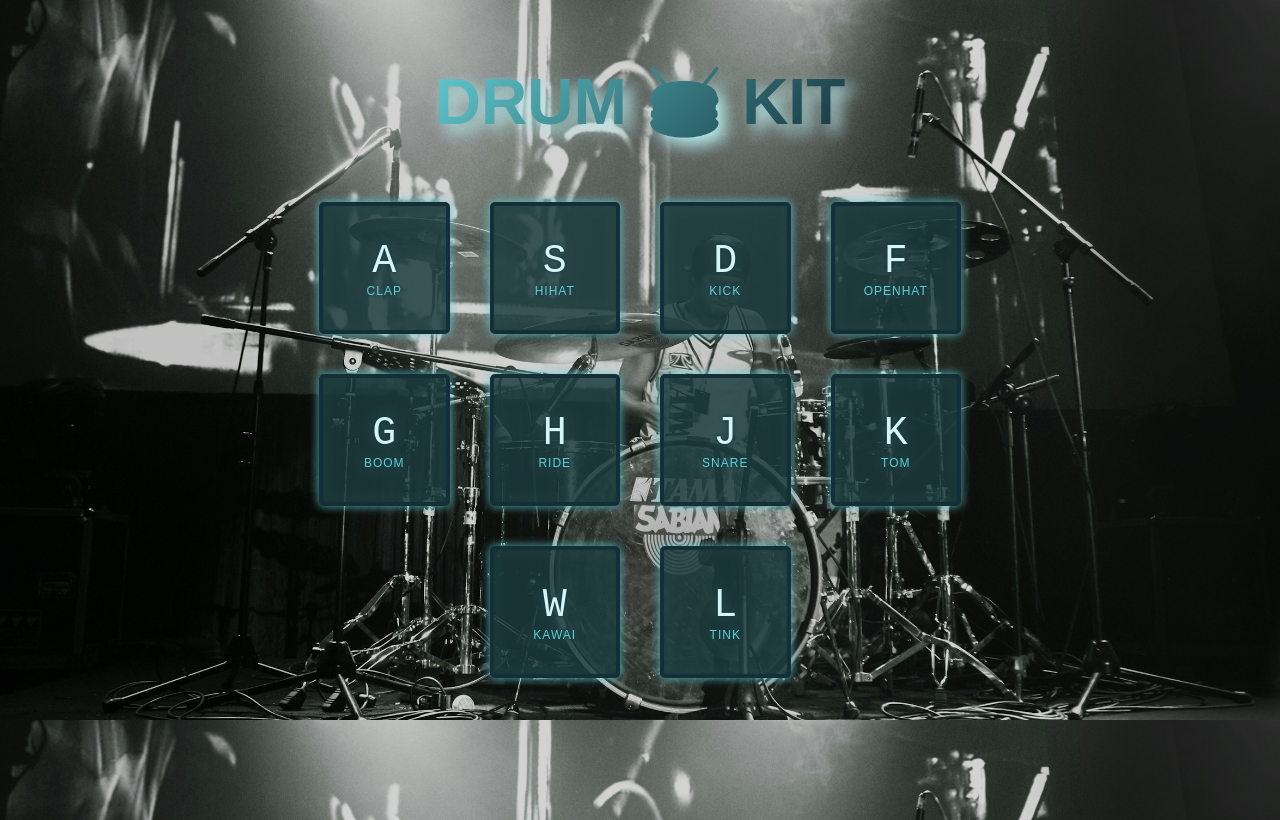
Repository: Freezler/drumkitJS
Page: index.html
The author's editor kept a copy of each file at every save. The page is drawn from the files as they stood at one save, then again after the next save.
The browser window is 1280 px wide. The pictures show the whole page.
Backgrounds fixed to the window are drawn as part of the page.

Above is the page before, as saved 2024-08-24 11:04:08.
Console error: ReferenceError: key is not defined

After the next save:
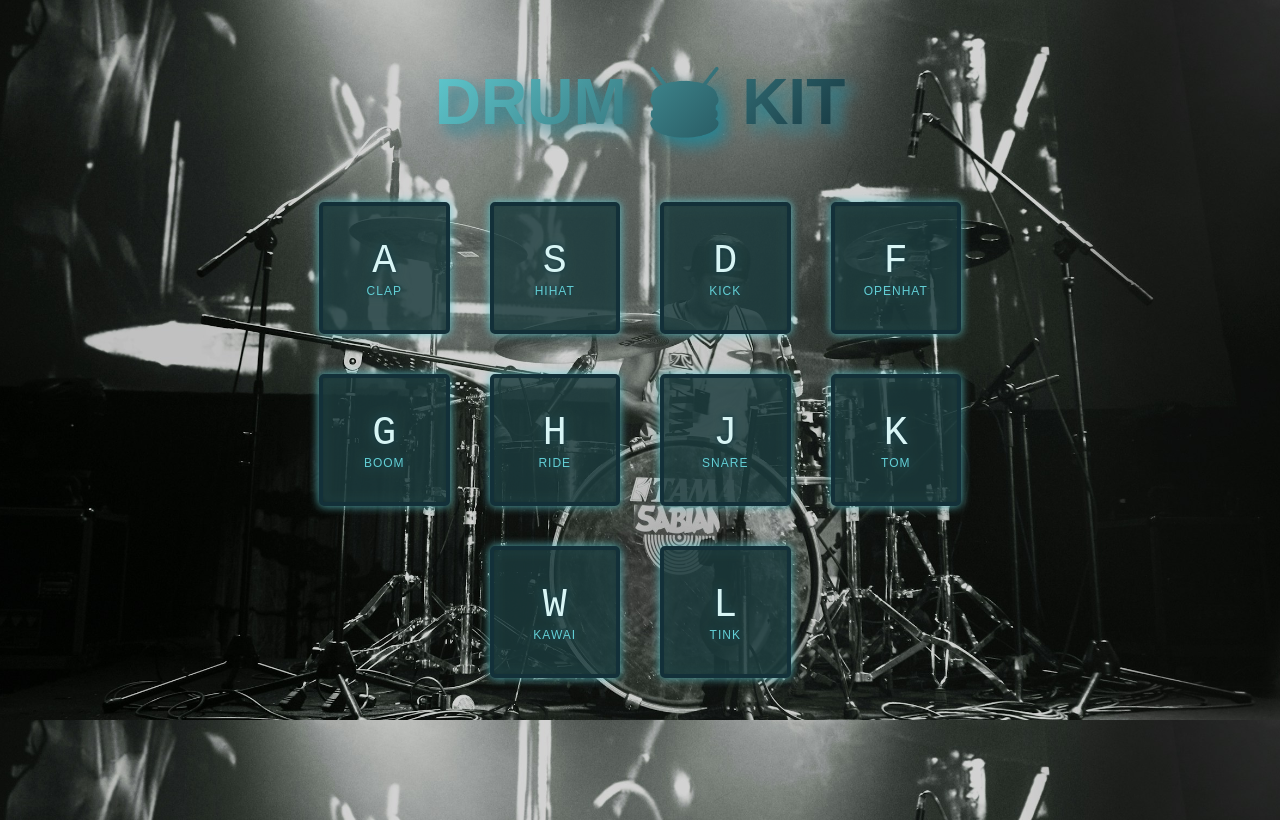
Saved 4 s later.
--- a/style.css
+++ b/style.css
@@ -43,7 +43,7 @@
   -webkit-background-clip: text;
   text-transform: uppercase;
   font-size: clamp(6rem, 5vw, 10rem);
-  filter:drop-shadow(8px 8px 8px var(--200));
+  filter:drop-shadow(8px 8px 8px var(--600));
   text-wrap: balance;
 }
 
